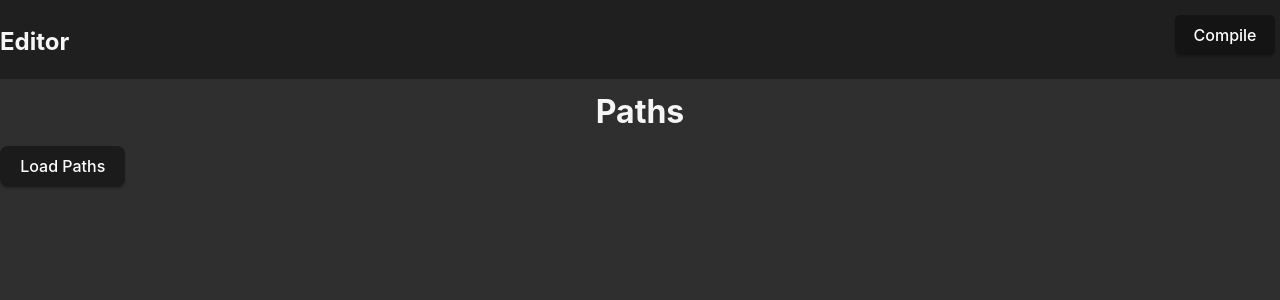
Repository: toasted226/visual-scripting-js
Page: /
An editor plug-in stored every save of this project. The page is shown before and after the next save, followed by the edit.
The browser window is 1280 px wide. The pictures show the whole page.
The project was rebuilt for these pictures with package versions that can differ from the ones it lists, and the page was loaded fresh each time. Also part of the build but not shown: vite.config.ts.

Above is the page before, as saved 2023-06-12 19:05:09.

### index.html
<!DOCTYPE html>
<html lang="en">
  <head>
    <meta charset="UTF-8" />
    <link rel="icon" type="image/svg+xml" href="/vite.svg" />
    <meta name="viewport" content="width=device-width, initial-scale=1.0" />
    <title>Visual Scripting for JavaScript</title>
  </head>

  <body>
    <div id="root"></div>
    <script type="module" src="/src/main.tsx"></script>
  </body>
</html>

### src/App.tsx
import { invoke } from "@tauri-apps/api/tauri";
import { useState } from "react";
import "./App.css";
import Navbar from "./Navbar";

function App() {
    const [paths, setPaths] = useState<string[]>([]);

    // Do not run this function every rendering frame, will freeze the app!
    function load_paths() {
        invoke("enumerate_files", { dir: "C:/Users/keaga/OneDrive/Documents" })
            .then((res) => {
                setPaths(res as string[]);
            })
            .catch((err) => {
                console.error(err);
            });
    }

    return (
        <div className="container">
            <Navbar />
            <div className="content">
                <h1>Paths</h1>
                {/* TODO: We need to have some sort of native menu option to select a directory */}
                <button onClick={load_paths}>Load Paths</button>
                {paths.map((path) => {
                    return <p>{path}</p>
                })}
            </div>
        </div>
    );
}

export default App;

### src/styles.css
:root {
    --dark: #2f2f2f;
    --light: #f6f6f6;

    font-family: Inter, Avenir, Helvetica, Arial, sans-serif;
    font-size: 16px;
    line-height: 24px;
    font-weight: 400;

    color: #f6f6f6;
    background-color: #2f2f2f;

    font-synthesis: none;
    text-rendering: optimizeLegibility;
    -webkit-font-smoothing: antialiased;
    -moz-osx-font-smoothing: grayscale;
    -webkit-text-size-adjust: 100%;
}

/* width */
::-webkit-scrollbar {
    width: 10px;
}

/* Track */
::-webkit-scrollbar-track {
    background: #1f1f1f;
}

/* Handle */
::-webkit-scrollbar-thumb {
    background: #3f3f3f;
}

/* Handle on hover */
::-webkit-scrollbar-thumb:hover {
    background: #555;
}

.row {
    display: flex;
    justify-content: center;
}

a {
    font-weight: 500;
    color: #646cff;
    text-decoration: inherit;
}

a:hover {
    color: #535bf2;
}

h1 {
    text-align: center;
}

input,
button {
    border-radius: 8px;
    border: 1px solid transparent;
    padding: 0.6em 1.2em;
    font-size: 1em;
    font-weight: 500;
    font-family: inherit;
    transition: border-color 0.25s;
    box-shadow: 0 2px 2px rgba(0, 0, 0, 0.2);
    outline: none;
    color: #ffffff;
    background-color: #0f0f0f98;
}

button {
    cursor: pointer;
}

button:hover {
    border-color: #ffffff;
}

button:active {
    background-color: #0f0f0f69;
}

### src/Navbar.tsx
import { invoke } from "@tauri-apps/api/tauri";
import "./Navbar.css";

function Navbar() {
    return (
        <nav className="navbar">
            <h1>Editor</h1>
            <button className="compile-btn">Compile</button>
        </nav>
    );
}

export default Navbar;

### src/Navbar.css
.navbar {
    background-color: #1f1f1f;
    margin: 0;
    padding: 10px 0 5px 0;
    display: flex;
    justify-content: space-between;
}

.compile-btn {
    color: white;
    border-radius: 5px;
    padding: 5px;
    margin: 5px;
    width: 100px;
    height: 40px;
}

.compile-btn:hover {
    background-color: #1f1f1f;
    border: 1px solid white;
}

Loaded but not shown: src/main.tsx (common file); src/App.css (common file)

After the next save:
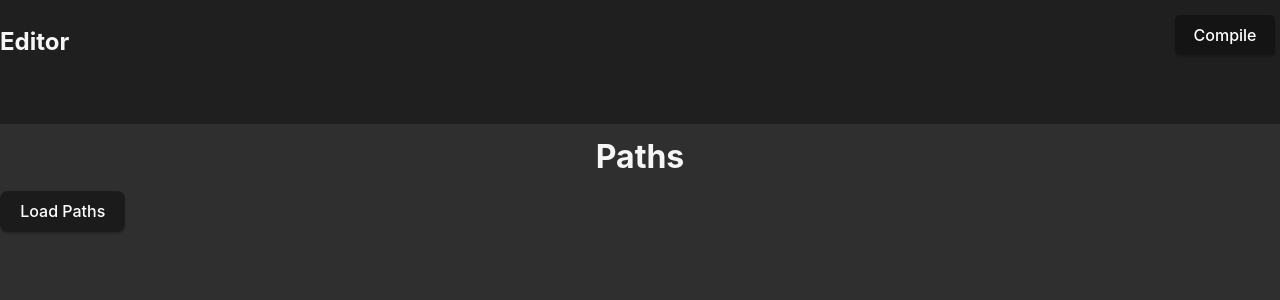
Saved 13 s later.
--- a/src/Navbar.css
+++ b/src/Navbar.css
@@ -1,7 +1,7 @@
 .navbar {
     background-color: #1f1f1f;
     margin: 0;
-    padding: 10px 0 5px 0;
+    padding: 10px 0 50px 0;
     display: flex;
     justify-content: space-between;
 }
